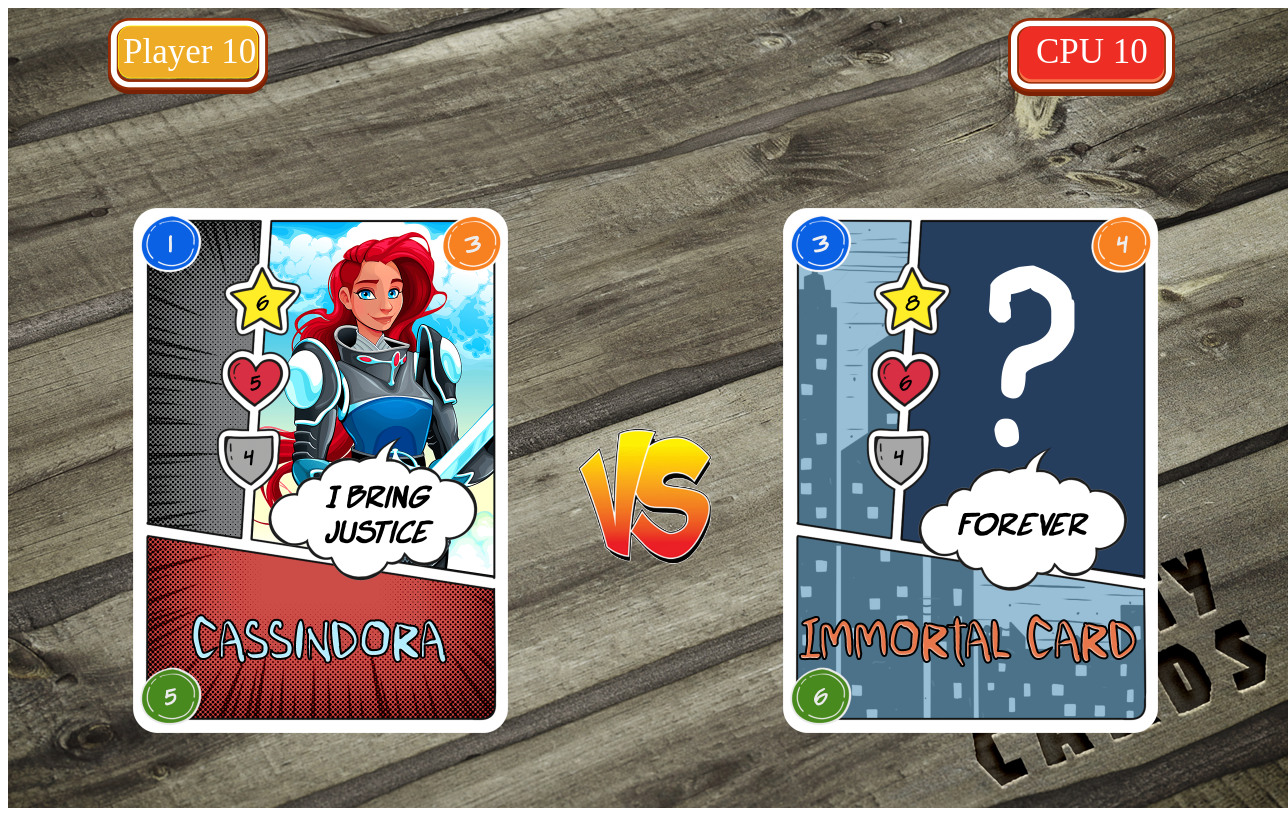
Repository: getvoiceagency/html5
Page: index.html
The author's editor kept a record of every edit. The page is drawn from the files as they stood at one moment, then again after the next edit.
The browser window is 1280 px wide. The page is 1288 px wide, so the pictures cover 1288 px, including what lies to the right of the window. The pictures show the whole page.
Some web libraries are served in a nearby version.

Above is the page before.

### index.html
<!DOCTYPE html>
<html>
    <head>
        <title> </title>
        <script src="https://cdnjs.cloudflare.com/ajax/libs/pixi.js/4.5.1/pixi.min.js"></script>
        <script src="https://cdnjs.cloudflare.com/ajax/libs/gsap/2.1.3/TweenMax.min.js"></script>
        <script src="https://cdnjs.cloudflare.com/ajax/libs/gsap/2.1.3/plugins/PixiPlugin.min.js"></script>
    </head>

    <body>

<script>

/*global PIXI*/
        var renderer = PIXI.autoDetectRenderer(1280, 800,{});
    document.body.appendChild(renderer.view);

 // // Load them google fonts before starting...!
    window.WebFontConfig = {
        google: {
        families: ['Snippet', 'Arvo:700italic', 'Podkova:700']
    },


};

// include the web-font loader script
/* jshint ignore:start */
       (function() {
        var wf = document.createElement('script');
        wf.src = ('https:' === document.location.protocol ? 'https' : 'http') +
        '://ajax.googleapis.com/ajax/libs/webfont/1/webfont.js';
        wf.type = 'text/javascript';
        wf.async = 'true';
        var s = document.getElementsByTagName('script')[0];
        s.parentNode.insertBefore(wf, s);
})();

/* jshint ignore:end */
    // create some white text
    var score1 = new PIXI.Text('Player 10', { font: '35px Snippet', fill: 'white', align: 'center' });
    var score2 = new PIXI.Text('CPU 10', { font: '35px Snippet', fill: 'white', align: 'center' });


// create the root of the scene graph
    var stage = new PIXI.Container();

    var container = new PIXI.Container();

// set container
//Set background
    stage.addChild(container);
    var landscapeTexture = PIXI.Texture.fromImage('spot-background.png');

    var background = new PIXI.Sprite(landscapeTexture);

//Background to stage
    stage.addChild(background);

// Background positions
    background.anchor.x = 0;
    background.anchor.y = 0;
    background.position.x = 0;
    background.position.y = 0;



{
// get card 1
 {
        var card1 = PIXI.Sprite.fromImage('card1.png');


        stage.addChild(card1);
    };

    // get card 2
    {
        var card2 = PIXI.Sprite.fromImage('card2.png');


        stage.addChild(card2);
    };
    // get score orange
    {
        var scoreOrange = PIXI.Sprite.fromImage('score-orange.png');


        container.addChild(scoreOrange);
    };
    // get score red
    {
        var scoreRed = PIXI.Sprite.fromImage('score-red.png');


        container.addChild(scoreRed);
    };
     {
        var vs = PIXI.Sprite.fromImage('VS.png');


        container.addChild(vs);
    };
};



    container.x = 34;
    container.y = 10;


//card Anchors

    card1.anchor.x = 0;
    card1.anchor.y = 0;
    card2.anchor.x = 0;
    card2.anchor.y = 0;

// move the sprite to the center of the canvas
    card1.position.x = -1050;
    card1.position.y = 200;
    card2.position.x = 1450;
    card2.position.y = 200;

//Card Alpha
    card1.alpha = 0;
    card2.alpha = 0;

// Card scale
    card1.scale.x =1.0;
    card1.scale.y =1.0;
    card2.scale.x =1.0;
    card2.scale.y =1.0;

// set score positions
    score2.position.set(100);
    score1.position.set(1);

// render text to stage

    stage.addChild(scoreOrange);
    stage.addChild(scoreRed);
    stage.addChild(score1);
    stage.addChild(score2);
    stage.addChild(vs);


//set score position
    score1.position.x = 115;
    score1.position.y = 24;

    score2.position.x = 1028;
    score2.position.y = 24;

//set score position
    scoreOrange.position.x = 100;
    scoreOrange.position.y = 10;

    scoreRed.position.x = 1000;
    scoreRed.position.y = 10;

//Set VS position
    vs.position.x = 570;
    vs.position.y = 420;
    vs.scale.x =0.07;
    vs.scale.y =0.07;
    vs.alpha = 0;

/*global TimelineMax*/
/*global Sine*/
    var tl = new TimelineMax({ repeat: 0, repeatDelay: 0.5, yoyo: true })
    .to(card1, 1, { pixi: { x: 125, y: 225,}, ease: Sine.easeInOut }, 0.5 )
    .to(card1, 2, { pixi: {alpha: 1, delay:7.5,}, ease: Sine.easeInOut }, 0.5)
    .to(card1, 3, { pixi: { x: 125, y: 200, scale: 0.5,}, ease: Sine.easeInOut }, 0.5)

    var t2 = new TimelineMax({ repeat: 0, repeatDelay: 0.5, yoyo: true })
    .to(card2, 1, { pixi: { x: 125, y: 225, }, ease: Sine.easeInOut }, 0.5)
    .to(card2, 2, { pixi: {alpha: 1, delay:7.5,}, ease: Sine.easeInOut }, 0.5)
    .to(card2, 3, { pixi: { x: 775, y: 200, scale: 0.5 }, ease: Sine.easeInOut }, 0.5)

    var t3 = new TimelineMax({ repeat: 0, delay: 1.5, yoyo: true })
    .to(vs, 4, { pixi: {alpha: 1, }}, 0.1)


// start animating
    animate();

    function animate() {



    requestAnimationFrame(animate);

    // render the root container
    renderer.render(stage);

    }
</script>


    </body>
</html>

After the next edit:
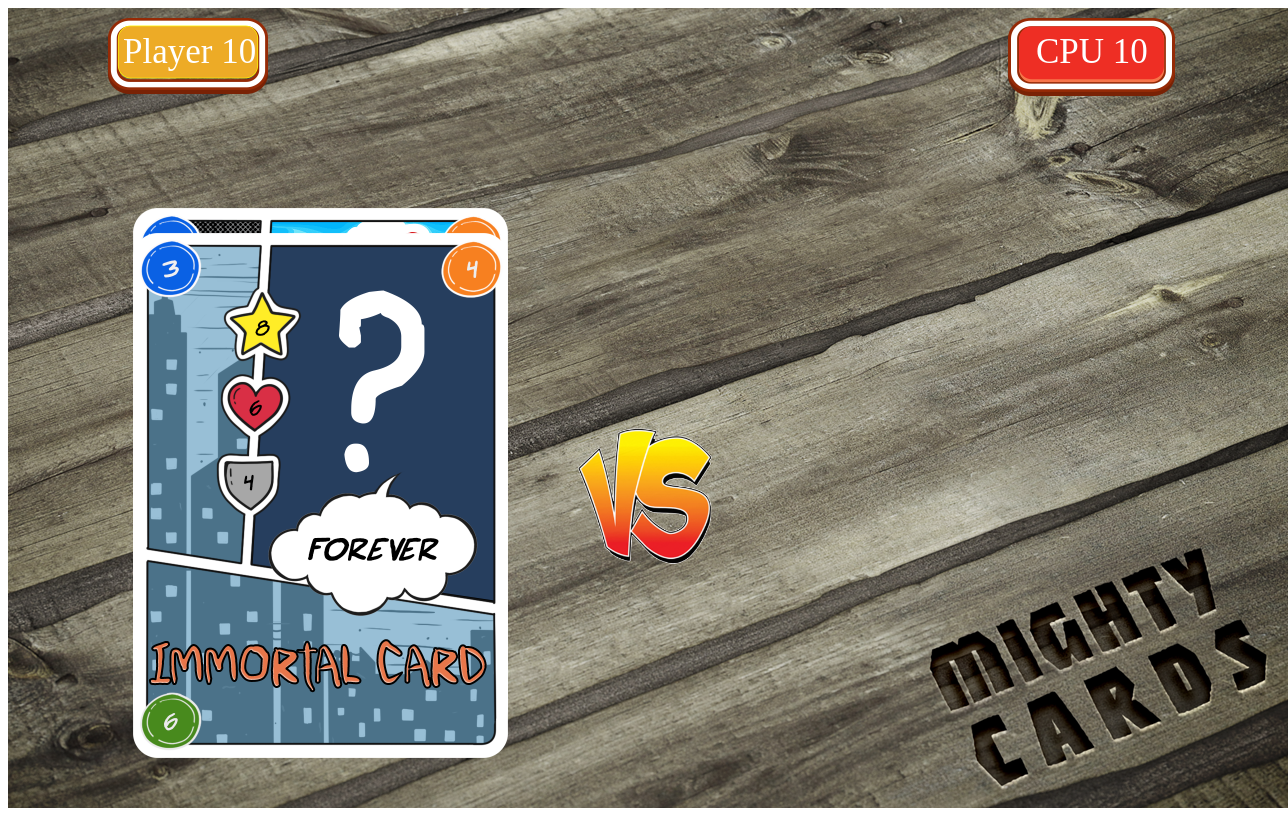
The edit:
--- a/index.html
+++ b/index.html
@@ -174,8 +174,8 @@
     .to(card1, 3, { pixi: { x: 125, y: 200, scale: 0.5,}, ease: Sine.easeInOut }, 0.5)
 
     var t2 = new TimelineMax({ repeat: 0, repeatDelay: 0.5, yoyo: true })
-    .to(card2, 1, { pixi: { x: 125, y: 225, }, ease: Sine.easeInOut }, 0.5)
-    .to(card2, 2, { pixi: {alpha: 1, delay:7.5,}, ease: Sine.easeInOut }, 0.5)
+    .to(card2, 1, { pixi: { x: 125, y: 225, }, ease: Sine.easeInOut }, 0.9)
+    .to(card2, 2, { pixi: {alpha: 1, delay:7.5,}, ease: Sine.easeInOut }, 0.9)
     .to(card2, 3, { pixi: { x: 775, y: 200, scale: 0.5 }, ease: Sine.easeInOut }, 0.5)
 
     var t3 = new TimelineMax({ repeat: 0, delay: 1.5, yoyo: true })

After the edit that followed:
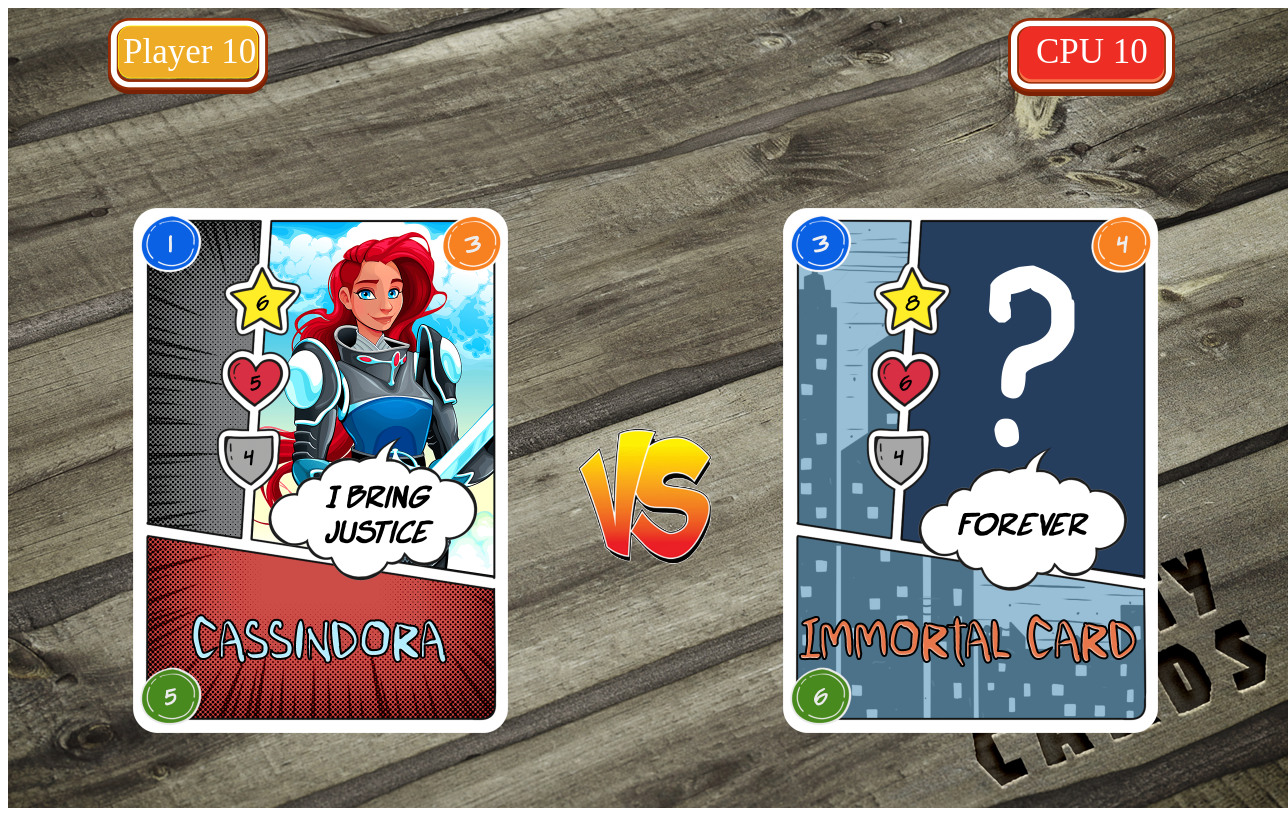
The edit:
--- a/index.html
+++ b/index.html
@@ -176,7 +176,7 @@
     var t2 = new TimelineMax({ repeat: 0, repeatDelay: 0.5, yoyo: true })
     .to(card2, 1, { pixi: { x: 125, y: 225, }, ease: Sine.easeInOut }, 0.9)
     .to(card2, 2, { pixi: {alpha: 1, delay:7.5,}, ease: Sine.easeInOut }, 0.9)
-    .to(card2, 3, { pixi: { x: 775, y: 200, scale: 0.5 }, ease: Sine.easeInOut }, 0.5)
+    .to(card2, 3, { pixi: { x: 775, y: 200, scale: 0.5 }, ease: Sine.easeInOut }, 0.9)
 
     var t3 = new TimelineMax({ repeat: 0, delay: 1.5, yoyo: true })
     .to(vs, 4, { pixi: {alpha: 1, }}, 0.1)
